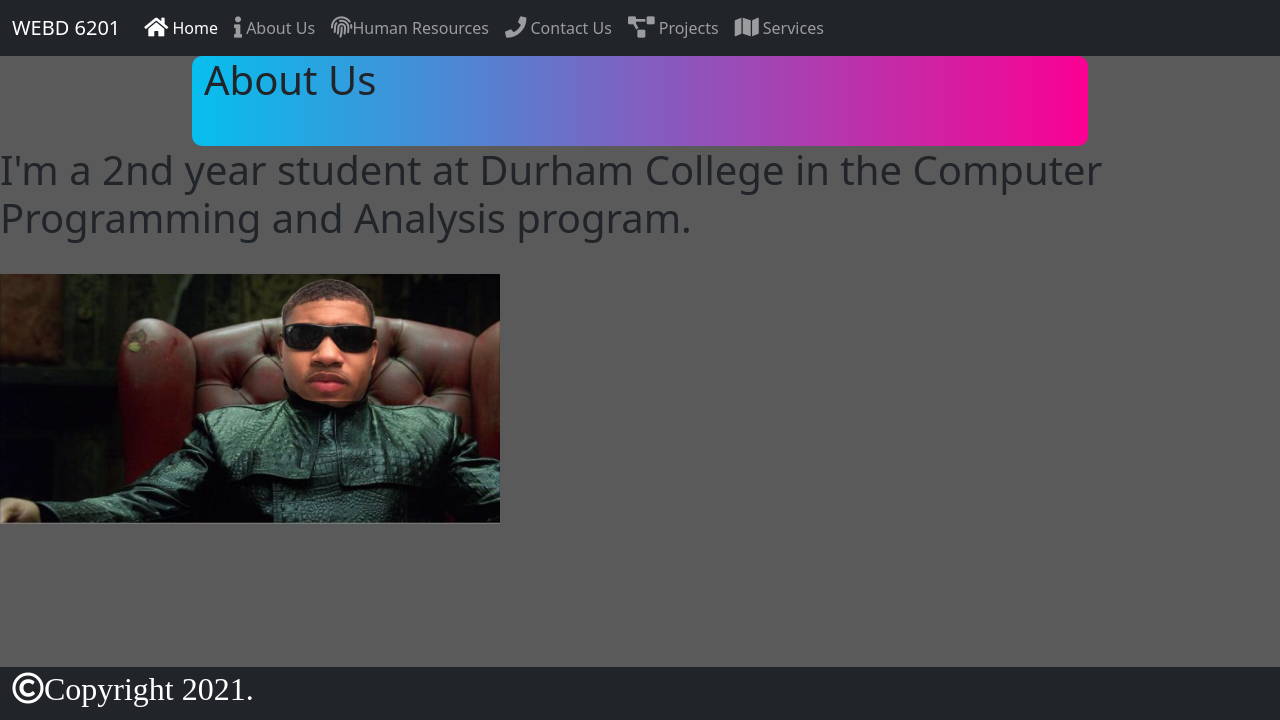
Repository: vans12345678/WEBD6201-W2021-Lab1
Page: about.html
These files come from the project's save history. The page is drawn as it stood at one moment and after the next save; the edit follows.
The browser window is 1280 px wide. The pictures show the whole page.

Above is the page before, as saved 2021-01-30 21:20:38.

After the next save:
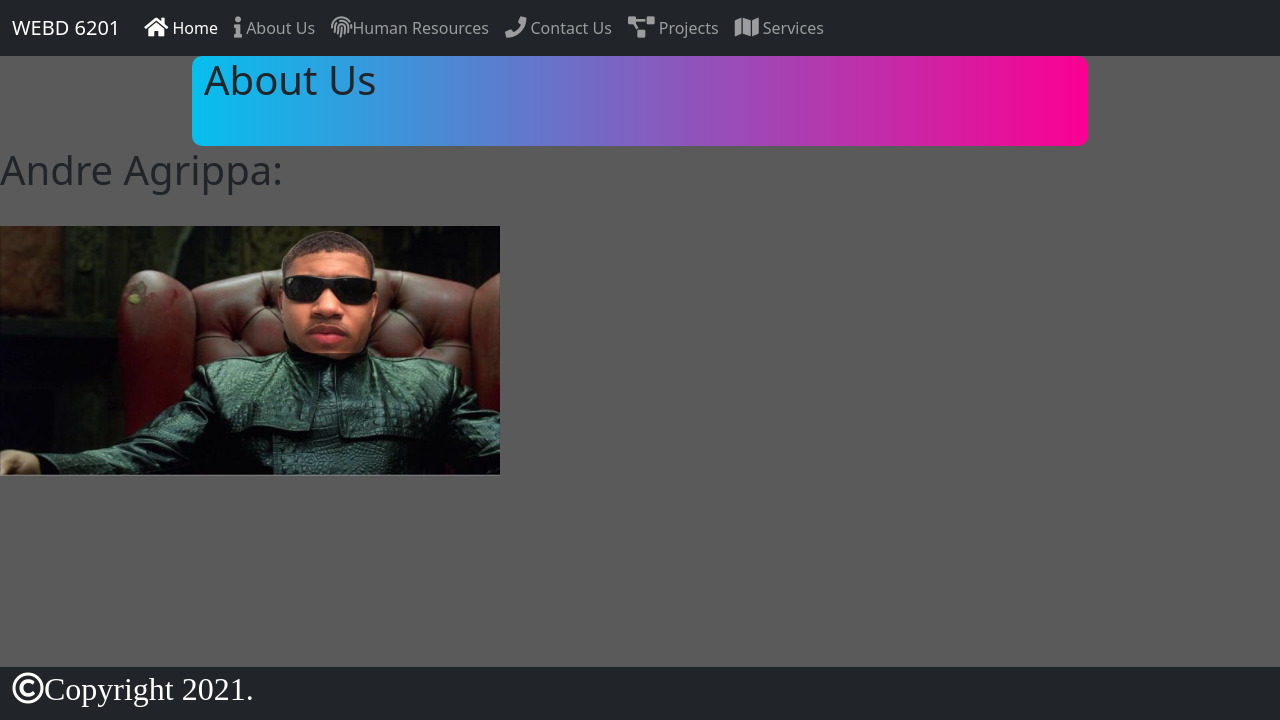
Console error: TypeError: Cannot set properties of null (setting 'textContent')
Saved 13 s later.
--- a/Scripts/app.js
+++ b/Scripts/app.js
@@ -34,7 +34,7 @@
         let andreDescriptionElement = document.getElementById("aboutAText");
 
         andreTextElement.textContent = andreHeader;
-        andreTextElement.textContent = andreText;
+        andreDescriptionElement.textContent = andreText;
 
 
 
